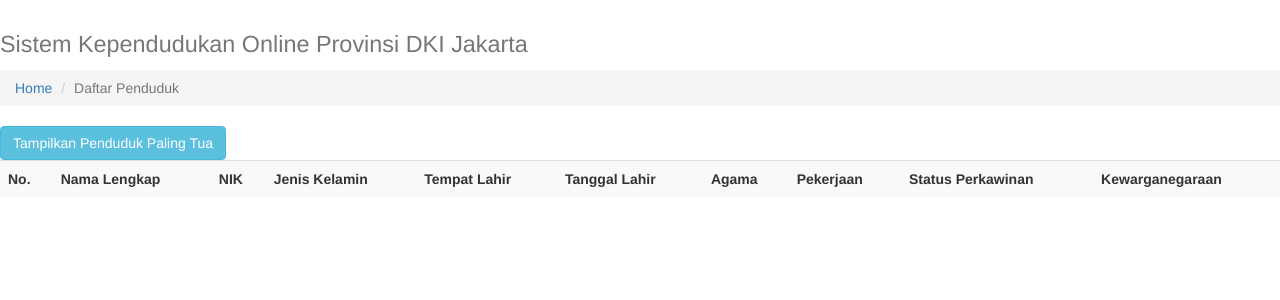
Repository: apap-2017/tugas1_1406544135
Page: http://localhost/list-penduduk
The author's editor kept a copy of each file at every save. The page is drawn from the files as they stood at one save, then again after the next save.
The browser window is 1280 px wide. The pictures show the whole page.
The page is this project's Thymeleaf template; nobody is signed in. The template is opened directly, without the code that normally fills it, so the values that code supplies are empty.

Above is the page before, as saved 2017-10-20 05:15:09.

After the next save:
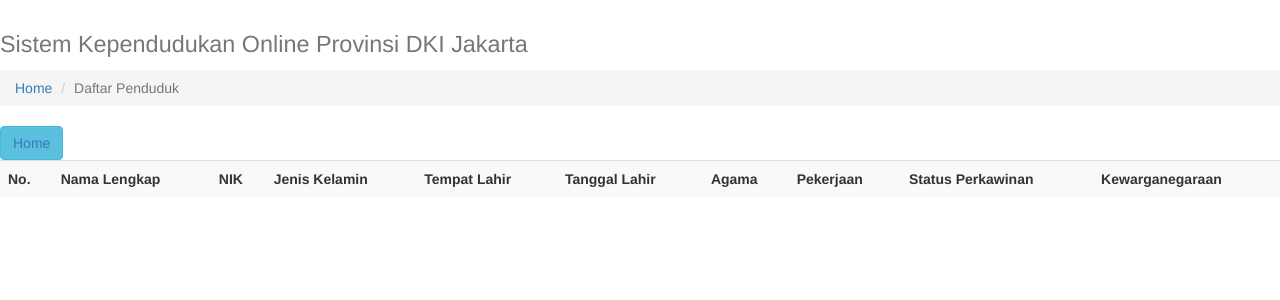
Saved 62 s later.
--- a/Tugas1_1406544135/src/main/resources/templates/list-penduduk.html
+++ b/Tugas1_1406544135/src/main/resources/templates/list-penduduk.html
@@ -15,7 +15,7 @@
 				<li class="active">Daftar Penduduk</li>
 			</ol>
 		</section>
-		<button type="button" class="btn btn-info btn-flat">Tampilkan Penduduk Paling Tua</button>
+		<button type="button" class="btn btn-info btn-flat"><a th:href="@{/}">Home</a></button>
 		<table class="table table-striped">
 				<tbody>
 						<tr>

After the save that followed:
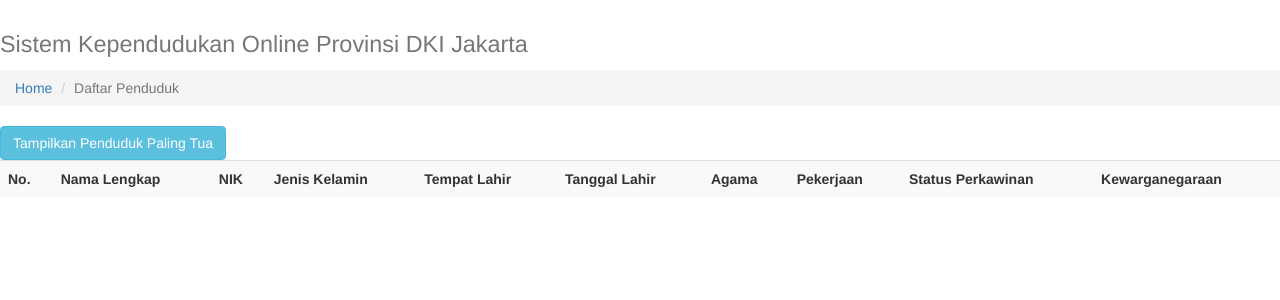
Saved 11 s later.
--- a/Tugas1_1406544135/src/main/resources/templates/list-penduduk.html
+++ b/Tugas1_1406544135/src/main/resources/templates/list-penduduk.html
@@ -15,7 +15,7 @@
 				<li class="active">Daftar Penduduk</li>
 			</ol>
 		</section>
-		<button type="button" class="btn btn-info btn-flat"><a th:href="@{/}">Home</a></button>
+		<button type="button" class="btn btn-info btn-flat">Tampilkan Penduduk Paling Tua</button>
 		<table class="table table-striped">
 				<tbody>
 						<tr>
